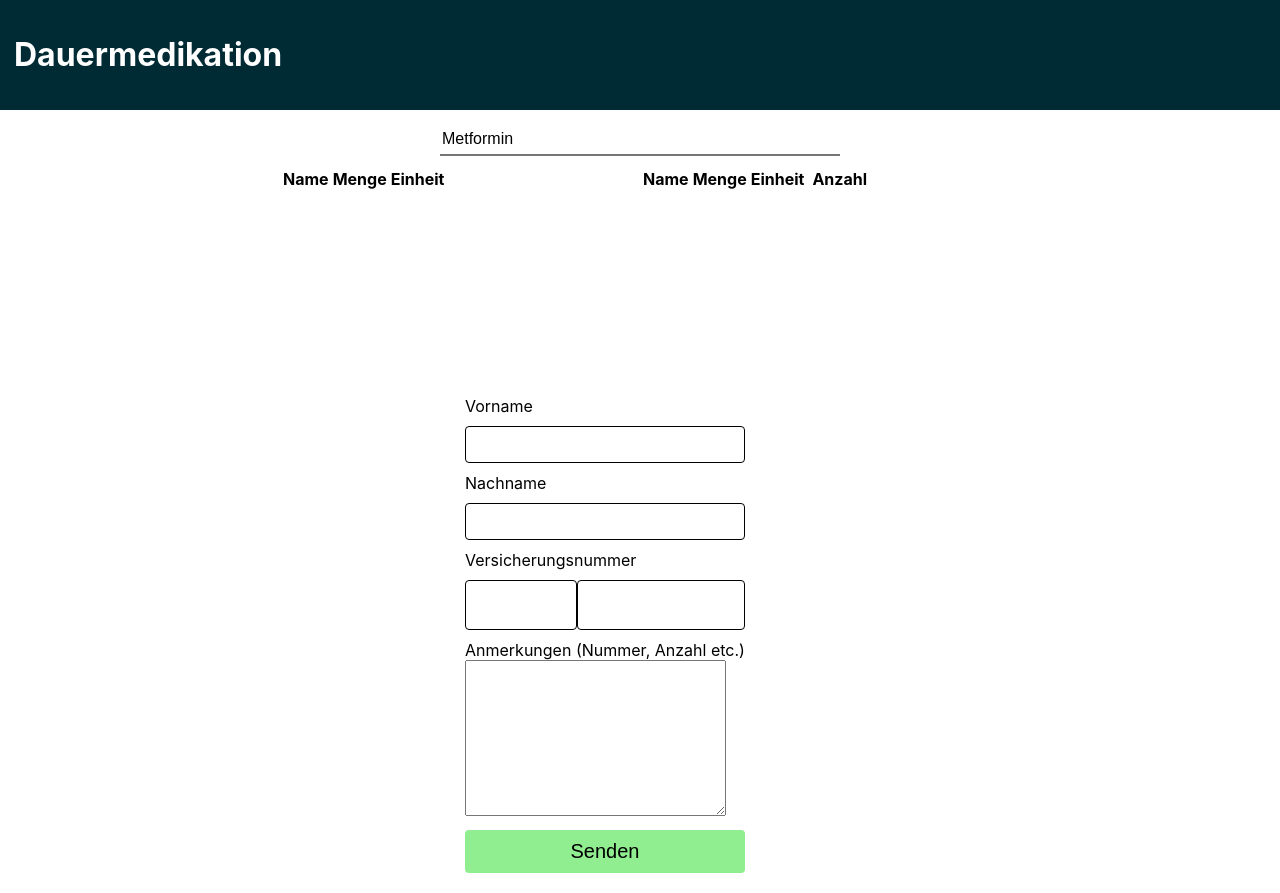
Repository: Esatollah/MedDemo
Page: / (app in client/)
These files come from the project's save history. The page is drawn as it stood at one moment and after the next save; the edit follows.
The browser window is 1280 px wide. The pictures show the whole page.
The page's requests for data from a server got no answer. The project was rebuilt for these pictures with package versions that can differ from the ones it lists, and the page was loaded fresh each time. No one was signed in, and anything a server would have sent is missing. Also part of the build but not shown: client/src/Routes/Bestellungen.jsx.

Above is the page before, as saved 2022-06-10 16:36:16.

### client/src/App.js
import SearchBar from './Routes/Search';
import {BrowserRouter, Routes, Route} from 'react-router-dom'
import Bestellungen from './Routes/Bestellungen';
import ReactModal from 'react-modal';

ReactModal.setAppElement('#root')

function App() {
  return (
    <BrowserRouter>
    <Routes>
      <Route path='/' element={<div><SearchBar/></div>}/>
      <Route path='/bestellungen' element={<div><Bestellungen/></div>}/>
    </Routes>
    </BrowserRouter>
  );
}

export default App;

### client/src/Routes/Search.jsx
import React, { useState, useEffect } from 'react'
import DrugAPI from '../api/DrugAPI';
import Form from '../components/Form';
import Navbar from '../components/Navbar';
import { SearchWrap } from '../Styles/SearchStyles';


const Search = () => {

  const [searchinput, setSearchinput] = useState("Metformin");
  const [drugs, setDrugs] = useState([]);
  const [cartitems, setCartitems] = useState([]);

  useEffect(() => {
    const fetchData = async () => {
      try {
        const result = await DrugAPI.get(`/?drugsearch=${searchinput}`)
        setDrugs(result.data.meds)
      } catch (err) {
        console.error(err);
      }
    }

    fetchData();

  }, [searchinput])

  const handleDrugClick = (e, x) => {
    const is_in_cart = cartitems.some(y => {
      if (y.id === x.id) {
        return true;
      }

      return false;
    })

    if (is_in_cart) {
      return
    }
    let temp = { ...x, anzahl: "1" }
    setCartitems([...cartitems, temp]);
  }

  const handleDelete = (e, x, index) => {
    let temp = [...cartitems]

    temp.splice(index, 1);

    setCartitems(temp);
  }

  const handleCountchange = (e, x, index) => {
    let temps = [...cartitems]
    let temp = {
      ...temps[index],
      anzahl: e.target.value
    }
    temps[index] = temp
    setCartitems(temps);

  }


  return (
    <>
      <Navbar />
        <SearchWrap>

          <input type="search" placeholder="Suche" id="search" value={searchinput} onChange={e => setSearchinput(e.target.value)} />
          <div className='search-container'>
            <div className='table-container'>
              <table className='drugtable'>
                <thead>
                  <tr>
                    <th scope='col'>
                      Name
                    </th>
                    <th scope='col'>Menge</th>
                    <th scope='col'>Einheit</th>
                    <th scope='col'></th>
                  </tr>
                </thead>
                <tbody>
                  {drugs && drugs.map((x) => {
                    return (
                      <tr key={x.id} className="drug-row" >
                        <td className={x.name}>{x.name}</td>
                        <td>{x.menge}</td>
                        <td>{x.mengenart}</td>
                        <td><button onClick={(e) => { handleDrugClick(e, x) }}>+</ button></td>
                      </tr>
                    )
                  })}
                </tbody>

              </table>
            </div>

            <div className='cart-container'>
              <table>
                <thead>
                  <tr>
                    <th scope='col'>
                      Name
                    </th>
                    <th scope='col'>Menge</th>
                    <th scope='col'>Einheit</th>
                    <th scope='col'></th>
                    <th scope='col'>Anzahl</th>
                  </tr>
                </thead>
                <tbody>
                  {cartitems && cartitems.map((x, index) => {
                    if (x.abgabezahl) {
                      return (
                        <tr key={index} className="drug-row" >
                          <td>{x.name}</td>
                          <td>{x.menge}</td>
                          <td>{x.mengenart}</td>
                          <td><button onClick={(e) => handleDelete(e, x, index)}>-</button></td>
                          <td><select onChange={(e) => { handleCountchange(e, x, index) }}><option value="1">1</option><option value="2">2</option></select></td>
                        </tr>
                      )
                    }
                    return (
                      <tr key={index} className="drug-row" >
                        <td>{x.name}</td>
                        <td>{x.menge}</td>
                        <td>{x.mengenart}</td>
                        <td><button onClick={(e) => handleDelete(e, x, index)}>-</button></td>
                        <td>1</td>
                      </tr>
                    )
                  })}
                </tbody>
              </ table>
            </div>
          </div>
        </SearchWrap>

      <Form cartitems={cartitems} setCartitems={setCartitems} />
    </>
  )
}

export default Search

### client/src/api/DrugAPI.js
import axios from 'axios'

export default axios.create({
    baseURL: "http://localhost:5000/api"
})

### client/src/components/Form.jsx
import React, {useState}from 'react'
import DrugAPI from '../api/DrugAPI'
import { FormWrap } from '../Styles/FormStyles';
const Form = props => {

    const [fname, setFname] = useState('');
    const [lname, setLname] = useState('');
    const [vpin, setVpin] = useState('');
    const [vbday, setVbday] = useState('');
    const [anmerkungen, setAnmerkungen] = useState('');

    const handleSubmit = (e) => {

        e.preventDefault();
        const formdata = {
            fname,
            lname,
            vpin,
            vbday,
            anmerkungen
        }

        const fetchData = async () =>{
            try {
            await DrugAPI.post("/", {drugs:{...props.cartitems}, ...formdata})
            } catch (error) {
                console.error(error);
            }
    }

    fetchData();

    setFname('');setLname('');setVpin('');setVbday('');setAnmerkungen('');
    props.setCartitems([]);

}


  return (
    <FormWrap>
        <form onSubmit={(e) =>handleSubmit(e)}>
            <label htmlFor="fname">Vorname</label><br />
            <input className="Names"type="text" value={fname} id="fname" name="fname" onChange={(e)=> setFname(e.target.value)}required/><br/>
            <label htmlFor="lname">Nachname</label><br />
            <input className="Names"type="text" id="lname" value={lname} onChange={(e) => setLname(e.target.value)}name="lname" required /><br/>
            <label htmlFor="pin">Versicherungsnummer  </label> <br/>
            <input className="insurance" type="text" id="pin" value={vpin} onChange={(e) => setVpin(e.target.value)} name="pin" size="4" minLength="4"maxLength="4" required/>
            <input className="insurance" type="text" id="bday" value={vbday} onChange={(e) => setVbday(e.target.value)} name="bday" size="6" minLength={6} maxLength={6} required/> <br/>
            <label htmlFor="anmerkungen">Anmerkungen (Nummer, Anzahl etc.)  </label> <br/>
            <textarea id="anmerkungen"value={anmerkungen} onChange={(e) => setAnmerkungen(e.target.value)} name="message" rows="10" cols="30" className='textarea'>
            </textarea> <br/>
            <input type="submit" value="Senden" ></input><br />
        </form>
    </FormWrap>

  )
}

export default Form

### client/src/components/Navbar.jsx
import React from 'react'
import { NavWrap } from '../Styles/NavbarStyles'
const Navbar = () => {
  return (
    <NavWrap>
        <h1>Dauermedikation</h1>
    </NavWrap>
  )
}

export default Navbar

### client/src/Styles/SearchStyles.js
import styled from 'styled-components';

export const SearchWrap = styled.div`

    display: flex;
    flex-direction: column;
    align-items: center;
             margin: auto;

    @media(min-width: 1000px) {
             width: 1000px;

         }

    #search {
    width:50%;
    height: 2rem;
    outline:none;
    border-top: hidden;
    border-right: hidden;
    border-left: hidden;
    font-size: 1rem;@media(min-width: 1000px) {
             width: 40%;
         }
    margin-bottom: 10px;
}

.table-container {
    max-height: 200px;
    max-width: 80%;
    overflow-y: auto;
}


.drug-row:hover {
    background-color: beige;
}

.drugtable tbody tr {
border: 1px;
}

.search-container {
    width: 90%;

    @media(min-width: 1000px) {
        display:flex;
        flex-direction: row;
        justify-content: center;
    }

    .table-container {
        width :100%;
        height: 250px;
        display:flex;
         @media(min-width: 1000px) {
             width: 40%;
             display:flex;
             height: 400px;
         }
    }

    .cart-container {
        width: 100%;
        display:flex;
        @media(min-width: 1000px) {
             width: 40%;
             display:flex;
         }
    }
}

td {
    padding:5px;
}

`;

### client/src/Styles/FormStyles.js
import styled from 'styled-components';

export const FormWrap = styled.div`
    display:flex;
    margin:auto;
    max-width:350px;
    margin-top: 20px;
    padding:10px;

    .Names {
        display:inline-block;
        width: 100%;
        padding: 10px;
        box-sizing: border-box;
        border-radius: 4px;
        border: .5px solid;
        margin: 10px 0;
    }
    input[type=submit] {
        width: 100%;
        padding: 10px;
        margin:10px 0;
        border-radius: 4px;
        border: none;
        background: lightgreen;
        font-size:20px
    }
    .insurance {
        padding: 10px;
        box-sizing: border-box;
        border-radius: 4px;
        border: .5px solid;
        margin: 10px 0;
        font-size:1.5rem;
    }
    #pin {
        width:40%;
    }
    #bday {
        width:60%;
    }
`;

### client/src/Styles/NavbarStyles.js
import styled from "styled-components"

export const NavWrap = styled.div`
    width:100%;
    padding: 14px 0;
    background-color: #002b34;
    margin-bottom: 14px;
    h1 {
        margin-left: 14px;
        color: #fff
    }
`;

Loaded but not shown: client/public/index.html (common file); client/src/index.js (common file); client/src/index.css (common file)

After the next save:
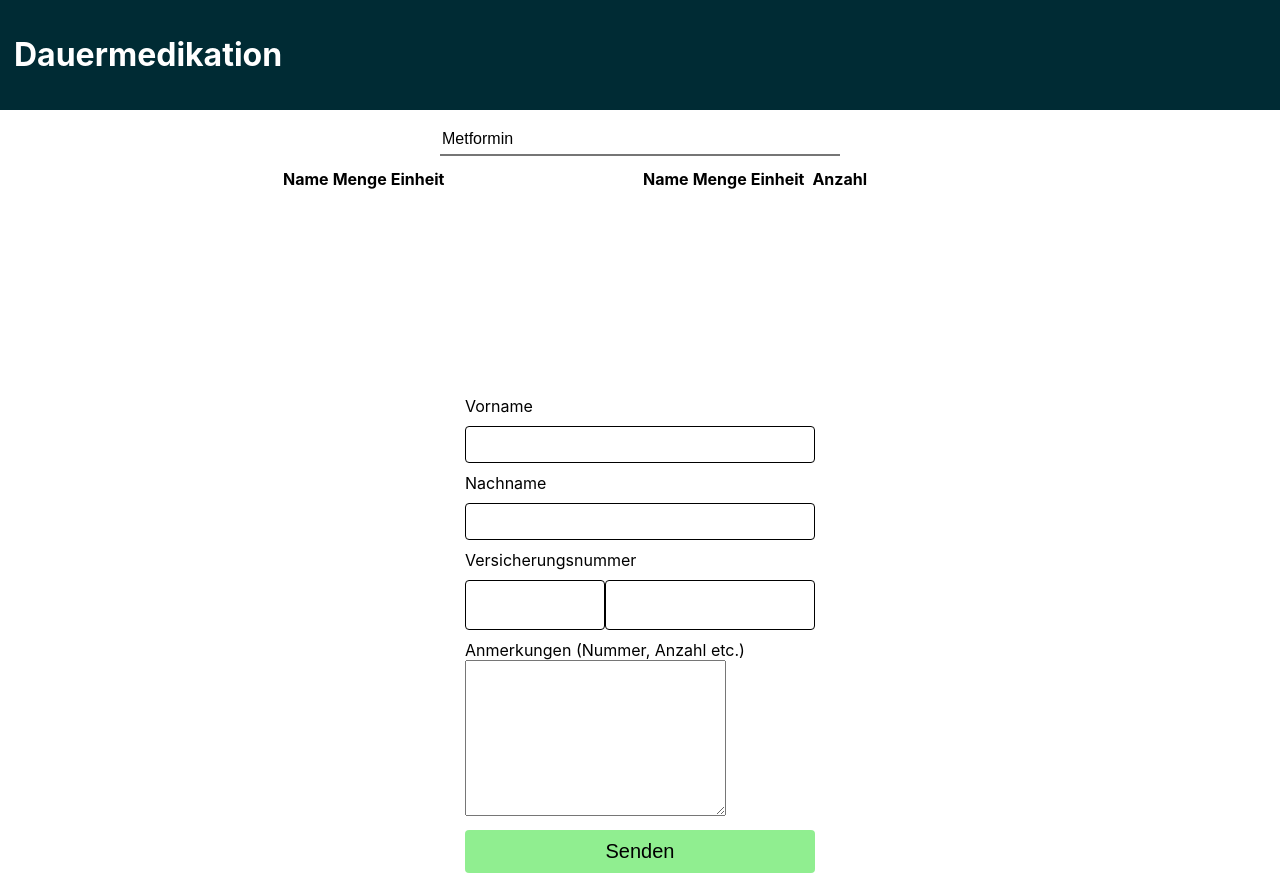
Saved 50 s later.
--- a/client/src/components/Form.jsx
+++ b/client/src/components/Form.jsx
@@ -44,8 +44,8 @@
             <label htmlFor="lname">Nachname</label><br />
             <input className="Names"type="text" id="lname" value={lname} onChange={(e) => setLname(e.target.value)}name="lname" required /><br/>
             <label htmlFor="pin">Versicherungsnummer  </label> <br/>
-            <input className="insurance" type="text" id="pin" value={vpin} onChange={(e) => setVpin(e.target.value)} name="pin" size="4" minLength="4"maxLength="4" required/>
-            <input className="insurance" type="text" id="bday" value={vbday} onChange={(e) => setVbday(e.target.value)} name="bday" size="6" minLength={6} maxLength={6} required/> <br/>
+            <input className="insurance" type="number" id="pin" value={vpin} onChange={(e) => setVpin(e.target.value)} name="pin" size="4" minLength="4"maxLength="4" required/>
+            <input className="insurance" type="number" id="bday" value={vbday} onChange={(e) => setVbday(e.target.value)} name="bday" size="6" minLength={6} maxLength={6} required/> <br/>
             <label htmlFor="anmerkungen">Anmerkungen (Nummer, Anzahl etc.)  </label> <br/>
             <textarea id="anmerkungen"value={anmerkungen} onChange={(e) => setAnmerkungen(e.target.value)} name="message" rows="10" cols="30" className='textarea'>
             </textarea> <br/>

After the save that followed:
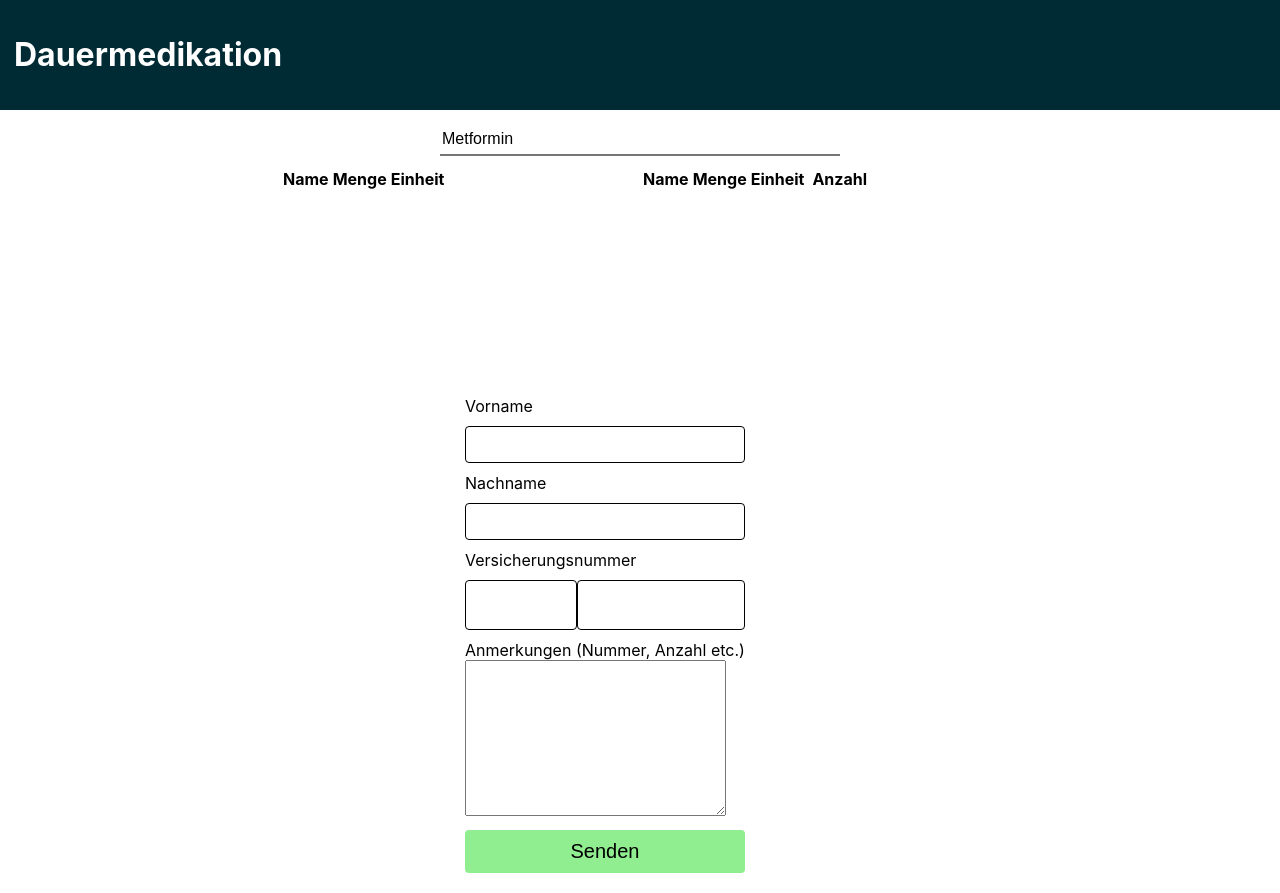
Saved 75 s later.
--- a/client/src/components/Form.jsx
+++ b/client/src/components/Form.jsx
@@ -44,8 +44,8 @@
             <label htmlFor="lname">Nachname</label><br />
             <input className="Names"type="text" id="lname" value={lname} onChange={(e) => setLname(e.target.value)}name="lname" required /><br/>
             <label htmlFor="pin">Versicherungsnummer  </label> <br/>
-            <input className="insurance" type="number" id="pin" value={vpin} onChange={(e) => setVpin(e.target.value)} name="pin" size="4" minLength="4"maxLength="4" required/>
-            <input className="insurance" type="number" id="bday" value={vbday} onChange={(e) => setVbday(e.target.value)} name="bday" size="6" minLength={6} maxLength={6} required/> <br/>
+            <input className="insurance" type="text" id="pin" value={vpin} onChange={(e) => setVpin(e.target.value)} name="pin" size="4" minLength="4"maxLength="4" required/>
+            <input className="insurance" type="text" id="bday" value={vbday} onChange={(e) => setVbday(e.target.value)} name="bday" size="6" minLength={6} maxLength={6} required/> <br/>
             <label htmlFor="anmerkungen">Anmerkungen (Nummer, Anzahl etc.)  </label> <br/>
             <textarea id="anmerkungen"value={anmerkungen} onChange={(e) => setAnmerkungen(e.target.value)} name="message" rows="10" cols="30" className='textarea'>
             </textarea> <br/>
